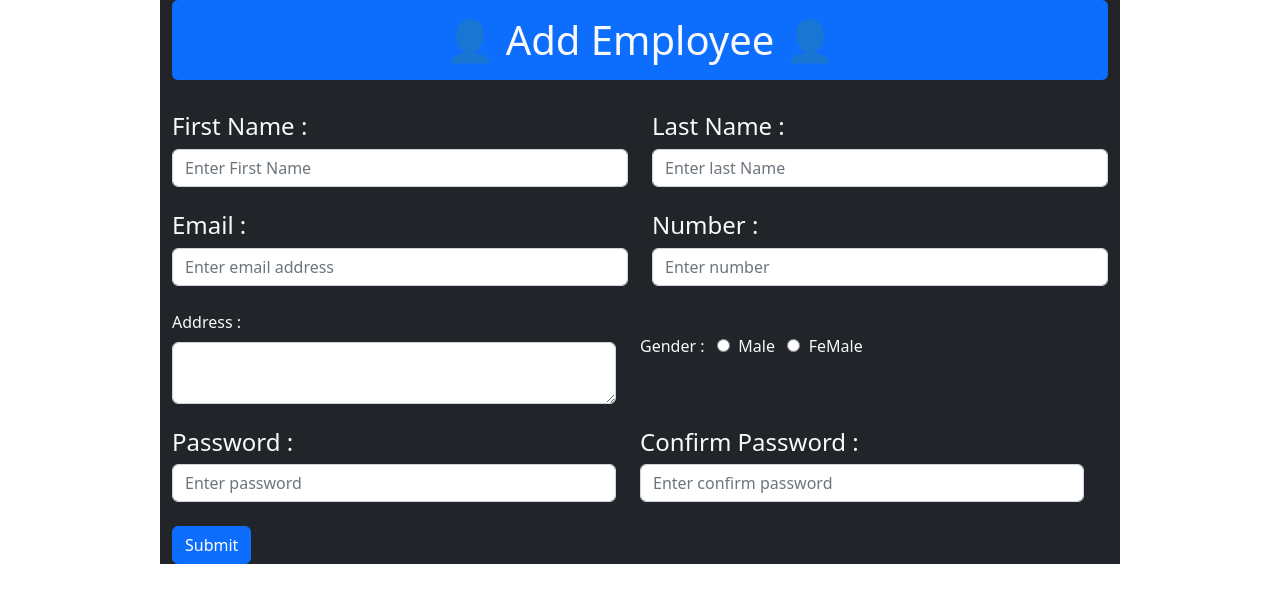
Repository: Rahulkathiriya/java-assignment-and-assesment
Page: http://localhost/web007_assesment_employee_Management_System/addEmployee.jsp
These files come from the project's save history. The page is drawn as it stood at one moment and after the next save; the edit follows.
The browser window is 1280 px wide. The pictures show the whole page.
The page is served by Tomcat 9. Other server files are loaded and not shown.

Above is the page before, as saved 2022-11-17 15:49:51.

### web007_assesment_employee_Management_System/src/main/webapp/addEmployee.jsp
<%@ page language="java" contentType="text/html; charset=UTF-8"
	pageEncoding="UTF-8"%>
<!DOCTYPE html>
<html>
<head>
<!-- CSS only -->
<link
	href="https://cdn.jsdelivr.net/npm/bootstrap@5.2.0/dist/css/bootstrap.min.css"
	rel="stylesheet"
	integrity="sha384-gH2yIJqKdNHPEq0n4Mqa/HGKIhSkIHeL5AyhkYV8i59U5AR6csBvApHHNl/vI1Bx"
	crossorigin="anonymous">
<!-- <-- JavaScript Bundle with Popper -->
<script
	src="https://cdn.jsdelivr.net/npm/bootstrap@5.2.0/dist/js/bootstrap.bundle.min.js"
	integrity="sha384-A3rJD856KowSb7dwlZdYEkO39Gagi7vIsF0jrRAoQmDKKtQBHUuLZ9AsSv4jD4Xa"
	crossorigin="anonymous"></script>

<!--  	j-Queary cdn -->
<script
	src="https://cdnjs.cloudflare.com/ajax/libs/jquery/3.6.1/jquery.min.js"
	integrity="sha512-aVKKRRi/Q/YV+4mjoKBsE4x3H+BkegoM/em46NNlCqNTmUYADjBbeNefNxYV7giUp0VxICtqdrbqU7iVaeZNXA=="
	crossorigin="anonymous" referrerpolicy="no-referrer"></script>
<meta charset="UTF-8">
<title>add Employee</title>
<style type="text/css">
.form-control:focus {
	border-color: none !important;
	box-shadow: none !important;
}
</style>
</head>
<body>

	<div class="container bg-dark text-light m-auto w-75">
		<div class="h1 text-center bg-primary rounded p-3">👤 Add
			Employee 👤</div>
		<br>
		<div class="row">
			<div class="col col-sm-12 col-md-6 col-lg-6">
				<label class=" h4 form-label" for="fname">First Name :</label> <input
					type="text" id="fname" name="fname" class="form-control"
					placeholder="Enter First Name">
			</div>
			<div class="col col-sm-12 col-md-6 col-lg-6">
				<label class=" h4 form-label" for="lname">Last Name :</label> <input
					type="text" id="lname" name="lname" class="form-control"
					placeholder="Enter last Name">
			</div>
		</div>
		<br>
		<div class="row">
			<div class="col col-sm-12 col-md-6 col-lg-6">
				<label class=" h4 form-label" for="email">Email :</label> <input
					type="email" id="email" name="email" class="form-control"
					placeholder="Enter email address">
			</div>
			<div class="col col-sm-12 col-md-6 col-lg-6">
				<label class=" h4 form-label" for="number">Number :</label> <input
					type="text" id="number" name="number" class="form-control"
					placeholder="Enter number">
			</div>

			<div class="row mt-4">
				<div class="col col-sm-12 col-md-6 col-lg-6">
					<label class="form-label">Address : </label>
					<textarea rows="" cols="" class="form-control" id="address"></textarea>
				</div>
				<div class="col col-sm-12 col-md-6 col-lg-6 mt-4">
					<label class="form-label" for="gender">Gender :</label> &nbsp; <input
						type="radio" name="gender" value="male"> &nbsp;Male &nbsp;
					<input type="radio" name="gender" value="male">
					&nbsp;FeMale
				</div>
			</div>
			<div class="row mt-4">
				<div class="col col-sm-12 col-md-6 col-lg-6">
					<label class=" h4 form-label" for="password">Password :</label> <input
						type="text" id="password" name="password" class="form-control"
						placeholder="Enter password">
				</div>
				<div class="col col-sm-12 col-md-6 col-lg-6">
					<label class=" h4 form-label" for="conpass">Confirm
						Password :</label> <input type="text" id="conpass" name="conpass"
						class="form-control" placeholder="Enter confirm password">
				</div>
			</div>
			<div class="row mt-4">
				<div class="col col-sm-12 col-md-6 col-lg-6">
				<a href="submit" class="btn btn-primary">Submit</a>

				</div>
				<div class="col col-sm-12 col-md-6 col-lg-6">

				</div>
			</div>
		</div>



	</div>

















</body>
</html>

After the next save:
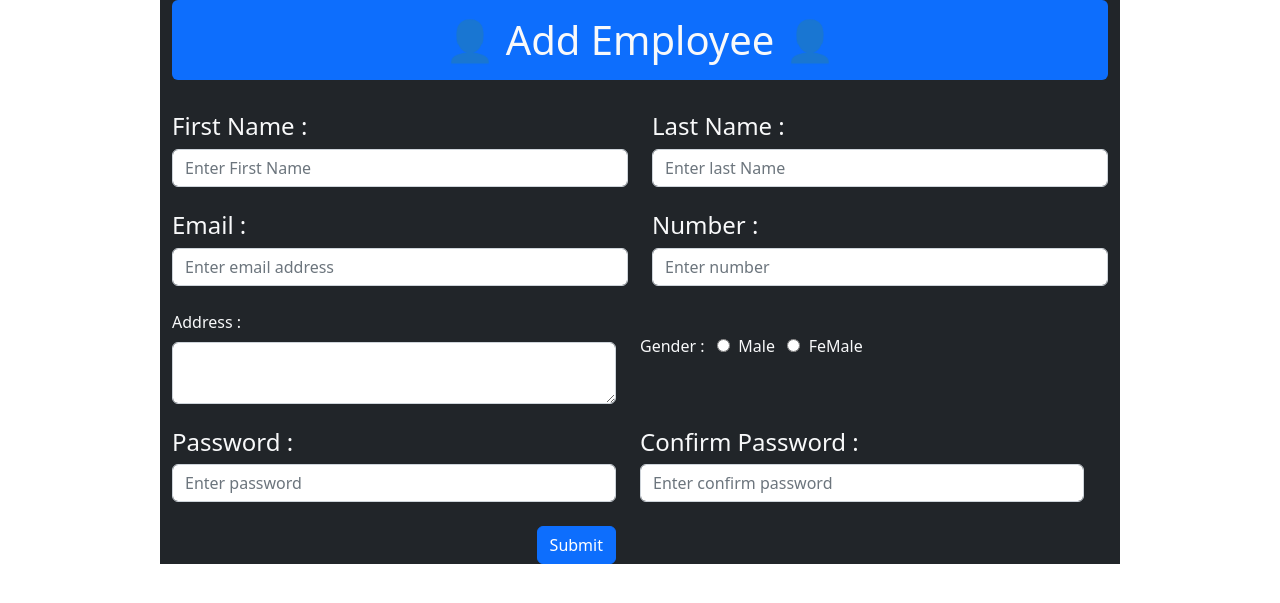
Saved 14 s later.
--- a/web007_assesment_employee_Management_System/src/main/webapp/addEmployee.jsp
+++ b/web007_assesment_employee_Management_System/src/main/webapp/addEmployee.jsp
@@ -85,7 +85,7 @@
 				</div>
 			</div>
 			<div class="row mt-4">
-				<div class="col col-sm-12 col-md-6 col-lg-6">
+				<div class="col col-sm-12 col-md-6 col-lg-6 text-end">
 				<a href="submit" class="btn btn-primary">Submit</a>
 
 				</div>
